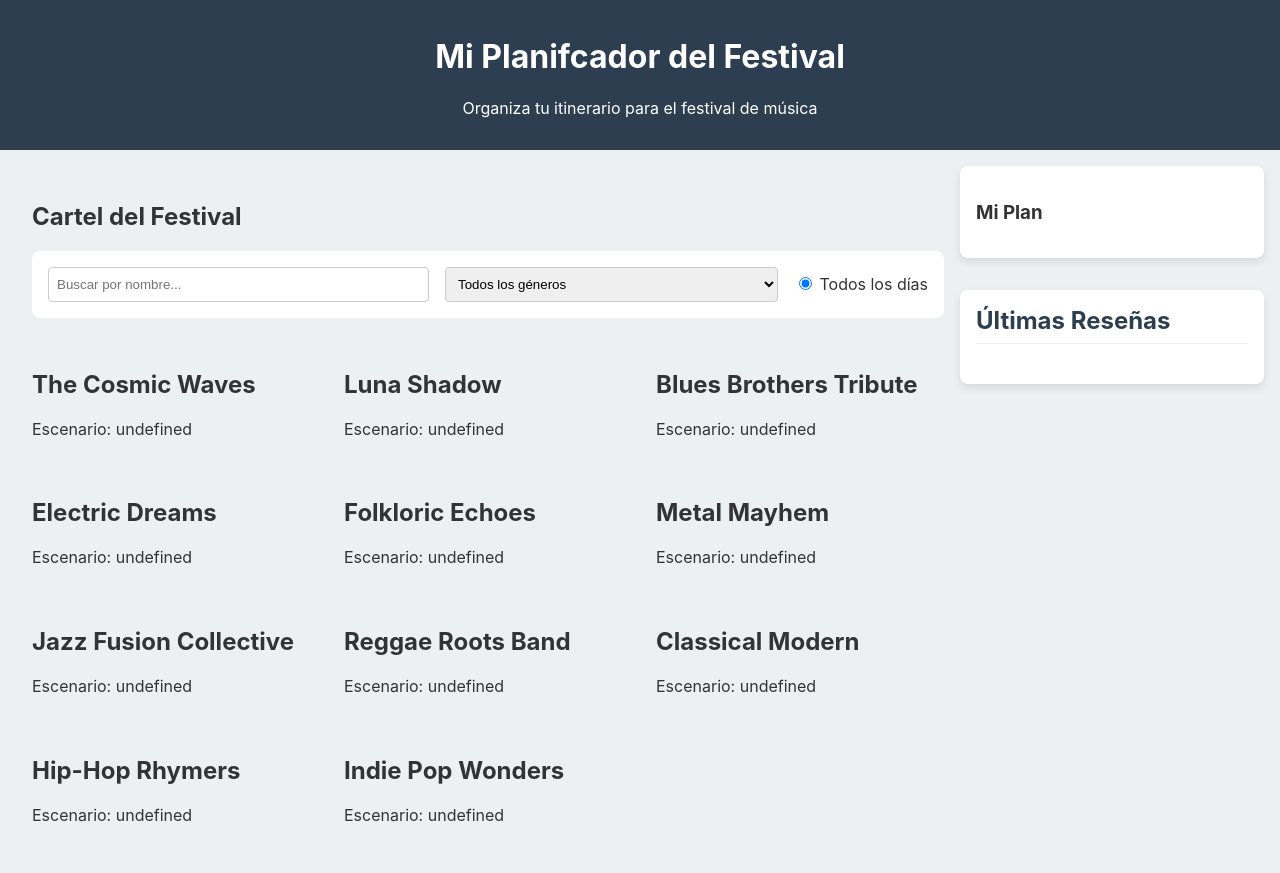
Repository: covaa15/DWEC
Page: Examen12_12_2025/index.html
These files come from the project's save history. The page is drawn as it stood at one moment and after the next save; the edit follows.
The browser window is 1280 px wide. The pictures show the whole page.

Above is the page before, as saved 2025-12-12 11:51:22.

### Examen12_12_2025/index.html
<!DOCTYPE html>
<html lang="es">
<head>
    <meta charset="UTF-8">
    <meta name="viewport" content="width=device-width, initial-scale=1.0">
    <title>Festival</title>
    <link rel="stylesheet" href="css/style.css">
</head>
<body>
    <!-- Encabezado principal de la aplicación -->
    <header>
        <h1>Mi Planifcador del Festival</h1>
        <p>Organiza tu itinerario para el festival de música</p>
    </header>

    <!-- Contenedor principal de la aplicación: organiza el dashboard y la columna derecha -->
    <div class="container">
        <!-- Sección principal del dashboard: muestra el cartel del festival y los filtros -->
        <main id="dashboard">
            <h2>Cartel del Festival</h2>
            <!-- Formulario de filtros para buscar y categorizar artistas -->
            <form id="filter-form">
                <input type="text" id="search-name" placeholder="Buscar por nombre...">
                <select id="filter-genre">
                    <option value="">Todos los géneros</option>
                    <!-- Las opciones de género se cargarán aquí dinámicamente mediante JavaScript -->
                </select>
                <div id="filter-day" class="radio-group">
                    <label><input type="radio" name="day" value="" checked> Todos los días</label>
                    <!-- Las opciones de día se cargarán aquí dinámicamente mediante JavaScript -->
                </div>
            </form>
            <!-- Contenedor donde se mostrarán las tarjetas de los artistas filtrados -->
            <div id="artist-list" class="grid-container">
                <!-- Las tarjetas de artistas se insertarán aquí por JavaScript -->
            </div>
        </main>

        <!-- Columna lateral derecha: contiene el plan del usuario y las reseñas -->
        <div class="right-column">
            <!-- Sección para el plan personalizado del usuario -->
            <aside id="my-plan-container">
                <h3>Mi Plan</h3>
                <!-- Lista donde se añadirán las actuaciones seleccionadas por el usuario -->
                <ul id="plan-list">
                    <!-- Las actuaciones añadidas aparecerán aquí por JavaScript -->
                </ul>
            </aside>
            <!-- Sección para mostrar las reseñas de los artistas -->
            <section id="reviews-section">
                <h2>Últimas Reseñas</h2>
                <!-- Contenedor donde se mostrarán las tarjetas de las reseñas -->
                <div id="reviews-list">
                    <!-- Las reseñas se insertarán aquí por JavaScript -->
                </div>
            </section>
        </div>
    </div>

    <!-- Modal para el formulario de reseña (inicialmente oculto) -->
    <div id="review-modal" class="modal-overlay" style="display: none;">
        <div class="modal-content">
            <button class="close-modal">&times;</button>
            <h3 id="modal-artist-name">Dejar reseña para...</h3>
            <!-- Formulario de reseña del artista. La validación se realiza en el cliente. -->
            <form id="review-form" novalidate>
                <div class="form-group">
                    <label>Calificación:</label>
                    <div class="star-rating">
                        <!-- Campos de radio para la calificación por estrellas (5 a 1) -->
                        <input type="radio" id="star5" name="rating" value="5" required><label for="star5" title="5 stars">★</label>
                        <input type="radio" id="star4" name="rating" value="4"><label for="star4" title="4 stars">★</label>
                        <input type="radio" id="star3" name="rating" value="3"><label for="star3" title="3 stars">★</label>
                        <input type="radio" id="star2" name="rating" value="2"><label for="star2" title="2 stars">★</label>
                        <input type="radio" id="star1" name="rating" value="1"><label for="star1" title="1 star">★</label>
                    </div>
                    <span class="error-message"></span>
                </div>
                <div class="form-group">
                    <label for="comment">Comentario:</label>
                    <textarea id="comment" name="comment" rows="4" minlength="15" required></textarea>
                    <span class="error-message"></span>
                </div>
                <div class="form-group">
                    <label for="email">Email:</label>
                    <input type="email" id="email" name="email" required>
                    <span class="error-message"></span>
                </div>
                <button type="submit">Enviar Reseña</button>
            </form>
        </div>
    </div>


    <!-- Mensaje de éxito temporal para confirmaciones de usuario (inicialmente oculto) -->
    <div id="success-message" class="success-message" style="display: none;"></div>

    <!-- Enlace al archivo JavaScript principal de la aplicación.
         El atributo 'type="module"' permite usar importaciones y exportaciones de módulos. -->
    <script src="js/main.js" type="module"></script>
</body>
</html>

### Examen12_12_2025/css/style.css
/* --- GENERALES Y LAYOUT --- */
/* Este bloque define variables globales (--variable) para la paleta de colores y estilos reutilizables.
   También establece los estilos base para la página, como la fuente y la maquetación principal de dos columnas usando Flexbox. */
:root {
    --primary-color: #2c3e50;
    --secondary-color: #3498db;
    --background-color: #ecf0f1;
    --card-bg-color: #ffffff;
    --text-color: #333;
    --error-color: #e74c3c;
    --success-color: #2ecc71;
    --star-color: #f1c40f;
    --border-radius: 8px;
    --box-shadow: 0 4px 8px rgba(0, 0, 0, 0.1);
}

body {
    font-family: -apple-system, BlinkMacSystemFont, "Segoe UI", Roboto, Helvetica, Arial, sans-serif;
    margin: 0;
    background-color: var(--background-color);
    color: var(--text-color);
}

header {
    background-color: var(--primary-color);
    color: white;
    padding: 1rem 2rem;
    text-align: center;
}

.container {
    display: flex;
    flex-wrap: wrap;
    padding: 1rem;
}

main#dashboard {
    flex: 3;
    min-width: 300px;
    padding: 1rem;
}

.right-column {
    flex: 1;
    min-width: 300px;
    display: flex;
    flex-direction: column;
    gap: 2rem;
}

aside#my-plan-container {
    background-color: var(--card-bg-color);
    padding: 1rem;
    border-radius: var(--border-radius);
    box-shadow: var(--box-shadow);
}

/* --- FORMULARIO DE FILTROS --- */
/* Estilos para el formulario que permite al usuario buscar y filtrar artistas. */
#filter-form {
    display: flex;
    flex-wrap: wrap;
    gap: 1rem;
    margin-bottom: 2rem;
    background-color: var(--card-bg-color);
    padding: 1rem;
    border-radius: var(--border-radius);
}

#filter-form input[type="text"],
#filter-form select {
    padding: 0.5rem;
    border: 1px solid #ccc;
    border-radius: 4px;
    flex-grow: 1;
}

.radio-group {
    display: flex;
    gap: 1rem;
    align-items: center;
}

/* --- TARJETAS DE ARTISTAS --- */
/* Define el layout de parrilla para las tarjetas de artistas y el estilo de cada tarjeta individual,
   incluyendo efectos visuales como sombras y animaciones al pasar el ratón. */
.grid-container {
    display: grid;
    grid-template-columns: repeat(auto-fill, minmax(220px, 1fr));
    gap: 1.5rem;
}

.artist-card {
    background: var(--card-bg-color);
    border-radius: var(--border-radius);
    box-shadow: var(--box-shadow);
    padding: 1rem;
    transition: transform 0.2s, box-shadow 0.2s;
    display: flex;
    flex-direction: column;
}

.artist-card:hover {
    transform: translateY(-5px);
    box-shadow: 0 8px 16px rgba(0, 0, 0, 0.15);
}

.artist-card h3 {
    margin-top: 0;
    color: var(--primary-color);
}

.artist-card p {
    font-size: 0.9rem;
    color: #7f8c8d;
    margin: 0.5rem 0;
}

.card-schedule-info {
    font-size: 0.85rem;
    color: #34495e;
    background-color: #f8f9f9;
    padding: 0.5rem;
    border-radius: 4px;
    margin: 1rem 0;
    border-left: 3px solid var(--secondary-color);
}

.card-schedule-info span {
    display: block;
}

.card-schedule-info span:first-child {
    font-weight: bold;
}

.artist-card button {
    background-color: var(--secondary-color);
    color: white;
    border: none;
    padding: 0.6rem 1rem;
    border-radius: 4px;
    cursor: pointer;
    width: 100%;
    margin-top: auto; /* Empuja el botón al final */
    transition: background-color 0.2s;
}

.artist-card button:hover {
    background-color: #2980b9;
}

/* --- SECCIÓN "MI PLAN" --- */
/* Estilos para la lista de actuaciones que el usuario ha seleccionado.
   Incluye el estilo de cada elemento de la lista y sus botones de acción (Eliminar, Dejar reseña). */
#plan-list {
    list-style-type: none;
    padding: 0;
    margin: 0;
}

#plan-list li {
    background-color: #f9f9f9;
    padding: 0.8rem;
    margin-bottom: 0.8rem;
    border-radius: 4px;
    border-left: 5px solid var(--secondary-color);
    position: relative;
}

#plan-list .plan-item-info strong {
    display: block;
    color: var(--primary-color);
}

#plan-list .plan-item-info span {
    font-size: 0.85rem;
    color: #7f8c8d;
}

#plan-list .plan-item-actions {
    margin-top: 0.5rem;
    display: flex;
    gap: 0.5rem;
}

.plan-item-actions button {
    font-size: 0.75rem;
    padding: 0.3rem 0.6rem;
    border-radius: 3px;
    cursor: pointer;
    border: 1px solid;
}

.btn-delete {
    border-color: var(--error-color);
    color: var(--error-color);
    background: transparent;
}
.btn-review {
    border-color: var(--secondary-color);
    color: var(--secondary-color);
    background: transparent;
}
.btn-review:disabled {
    border-color: #ccc;
    color: #ccc;
    cursor: not-allowed;
}


/* --- MODAL --- */
/* Estilos para la ventana modal que aparece superpuesta.
   Define la capa de fondo oscura y el contenedor del contenido del modal. */
.modal-overlay {
    position: fixed;
    top: 0;
    left: 0;
    width: 100%;
    height: 100%;
    background-color: rgba(0, 0, 0, 0.6);
    display: flex;
    justify-content: center;
    align-items: center;
    z-index: 1000;
}

.modal-content {
    background: white;
    padding: 2rem;
    border-radius: var(--border-radius);
    width: 90%;
    max-width: 500px;
    position: relative;
}

.close-modal {
    position: absolute;
    top: 1rem;
    right: 1rem;
    background: none;
    border: none;
    font-size: 1.5rem;
    cursor: pointer;
}

/* --- FORMULARIO DE RESEÑA --- */
/* Define los estilos para el formulario dentro del modal, incluyendo los campos de entrada,
   los mensajes de error de validación y el sistema de calificación por estrellas. */
#review-form .form-group {
    margin-bottom: 1rem;
}

#review-form label {
    display: block;
    margin-bottom: 0.3rem;
}

#review-form input,
#review-form textarea {
    width: 100%;
    padding: 0.5rem;
    border: 1px solid #ccc;
    border-radius: 4px;
    box-sizing: border-box;
}

#review-form button {
    background-color: var(--success-color);
    color: white;
    padding: 0.7rem 1.5rem;
    border: none;
    border-radius: 4px;
    cursor: pointer;
}
.error-message {
    color: var(--error-color);
    font-size: 0.8rem;
    height: 1rem;
    display: block;
}
input:invalid, textarea:invalid {
    border-color: var(--error-color);
}

/* Star Rating: Implementación de calificación por estrellas con inputs de radio y CSS. */
.star-rating {
    display: flex;
    flex-direction: row-reverse;
    justify-content: flex-end;
}

.star-rating input[type="radio"] {
    display: none;
}

.star-rating label {
    color: #ccc;
    cursor: pointer;
    font-size: 2rem;
    margin: 0;
}

.star-rating input[type="radio"]:checked ~ label,
.star-rating label:hover,
.star-rating label:hover ~ label {
    color: var(--star-color);
}

/* --- MENSAJE DE ÉXITO --- */
/* Estilos para la notificación flotante que aparece tras enviar una reseña. */
.success-message {
    position: fixed;
    bottom: 20px;
    left: 50%;
    transform: translateX(-50%);
    background-color: var(--success-color);
    color: white;
    padding: 1rem 2rem;
    border-radius: var(--border-radius);
    z-index: 1001;
    box-shadow: var(--box-shadow);
}


/* --- SECCIÓN DE RESEÑAS --- */
/* Estilos para la sección que muestra las reseñas enviadas y el formato de cada tarjeta de reseña. */
#reviews-section {
    background-color: var(--card-bg-color);
    padding: 1rem;
    border-radius: var(--border-radius);
    box-shadow: var(--box-shadow);
}

#reviews-section h2 {
    text-align: left;
    margin-top: 0;
    margin-bottom: 1.5rem;
    padding-bottom: 0.5rem;
    border-bottom: 1px solid #eee;
    color: var(--primary-color);
}

#reviews-list {
    display: flex;
    flex-direction: column;
    gap: 1rem;
}

.review-card {
    background: #f9f9f9;
    border-radius: var(--border-radius);
    padding: 1rem;
    display: flex;
    flex-direction: column;
    border-left: 5px solid var(--secondary-color);
}

.review-card h4 {
    margin: 0 0 0.5rem 0;
    color: var(--primary-color);
}

.review-card-rating {
    color: var(--star-color);
    font-size: 1.2rem;
    margin-bottom: 1rem;
}

.review-card-comment {
    font-style: italic;
    color: #555;
    margin: 0;
}


/* --- RESPONSIVE --- */
/* Contiene las Media Queries para adaptar el diseño a diferentes tamaños de pantalla,
   como apilar las columnas en dispositivos móviles. */
@media (max-width: 992px) {
    .container {
        flex-direction: column;
    }
    .right-column {
        margin-top: 2rem;
        gap: 2rem;
    }
}

### Examen12_12_2025/js/main.js
// js/main.js
let artistas = [];
let horarios = [];
let escenarios = []
const contenedorArtistas = document.querySelector("#artist-list");
//Cargo los artistas
cargarEscenarios("./data/escenarios.json");
cargarHorarios("./data/horarios.json");
cargarArtistas("./data/artistas.json");



function cargarArtistas(ruta) {
    fetch(ruta)
        .then(res => res.json())
        .then(data => {
            artistas = data;
            mostrarArtistas(artistas);
        })
        .catch(error => console.log("Error al cargar productos:", error));

}
//Cargo los escenarios
function cargarEscenarios(ruta) {
    fetch(ruta)
        .then(res => res.json())
        .then(data => {
            escenarios = data;
            mostrarArtistas(artistas);
        })
        .catch(error => console.log("Error al cargar productos:", error));

}
//Cargo los horarios
function cargarHorarios(ruta) {
    fetch(ruta)
        .then(res => res.json())
        .then(data => {
            horarios = data;
            mostrarArtistas(artistas);
        })
        .catch(error => console.log("Error al cargar productos:", error));

}

function mostrarArtistas(artistas) {
    contenedorArtistas.innerHTML = "";
    artistas.forEach(artista => {
        const card = document.createElement('div');
        card.classList.add(".artist-card")

        const escenario=obtenerEscenario(artista.id);
        card.innerHTML = `
        <h2>${artista.nombre}</h2>
        <p>Escenario: ${escenario}</p>
       `
        contenedorArtistas.appendChild(card);
    });


}

function obtenerEscenario(idArtista) {
    const idEscenario = obtenerHorario(idArtista);
    escenarios.forEach(escenario => {
        if (escenario.id = idEscenario)
            return escenario.nombre;
    });
}

function obtenerHorario(idArtista) {
    let artista;
    horarios.forEach(horario => {

        if (horario.artistaId = idArtista)
            artista=horario.escenarioId;

    });
    return artista ;
}

### Examen12_12_2025/data/escenarios.json
[
  {
    "id": "e1",
    "nombre": "Solstice Stage",
    "capacidad": 15000,
    "ubicacion": "Zona Norte"
  },
  {
    "id": "e2",
    "nombre": "Eclipse Tent",
    "capacidad": 5000,
    "ubicacion": "Zona Oeste"
  },
  {
    "id": "e3",
    "nombre": "Zen Garden",
    "capacidad": 3000,
    "ubicacion": "Zona Sur"
  },
  {
    "id": "e4",
    "nombre": "Rave Cave",
    "capacidad": 7000,
    "ubicacion": "Zona Este"
  },
  {
    "id": "e5",
    "nombre": "Acoustic Alcove",
    "capacidad": 1000,
    "ubicacion": "Centro"
  },
  {
    "id": "e6",
    "nombre": "Main Stage",
    "capacidad": 20000,
    "ubicacion": "Entrada Principal"
  },
  {
    "id": "e7",
    "nombre": "Chill Zone",
    "capacidad": 2000,
    "ubicacion": "Junto al Lago"
  },
  {
    "id": "e8",
    "nombre": "Groove Ground",
    "capacidad": 6000,
    "ubicacion": "Área de Comida"
  },
  {
    "id": "e9",
    "nombre": "Tech Temple",
    "capacidad": 4000,
    "ubicacion": "Bosque"
  },
  {
    "id": "e10",
    "nombre": "Vibe Village",
    "capacidad": 2500,
    "ubicacion": "Campamento"
  }
]

### Examen12_12_2025/data/horarios.json
[
  {
    "artistaId": "a1",
    "escenarioId": "e6",
    "dia": "2025-07-18",
    "horaInicio": "22:00",
    "duracion": 90
  },
  {
    "artistaId": "a3",
    "escenarioId": "e6",
    "dia": "2025-07-18",
    "horaInicio": "20:00",
    "duracion": 90
  },
  {
    "artistaId": "a2",
    "escenarioId": "e1",
    "dia": "2025-07-18",
    "horaInicio": "19:00",
    "duracion": 60
  },
  {
    "artistaId": "a4",
    "escenarioId": "e4",
    "dia": "2025-07-18",
    "horaInicio": "23:00",
    "duracion": 75
  },
  {
    "artistaId": "a5",
    "escenarioId": "e5",
    "dia": "2025-07-19",
    "horaInicio": "18:00",
    "duracion": 60
  },
  {
    "artistaId": "a6",
    "escenarioId": "e6",
    "dia": "2025-07-19",
    "horaInicio": "23:00",
    "duracion": 120
  },
  {
    "artistaId": "a7",
    "escenarioId": "e2",
    "dia": "2025-07-19",
    "horaInicio": "20:00",
    "duracion": 90
  },
  {
    "artistaId": "a8",
    "escenarioId": "e1",
    "dia": "2025-07-19",
    "horaInicio": "19:00",
    "duracion": 75
  },
  {
    "artistaId": "a9",
    "escenarioId": "e3",
    "dia": "2025-07-20",
    "horaInicio": "17:00",
    "duracion": 60
  },
  {
    "artistaId": "a10",
    "escenarioId": "e4",
    "dia": "2025-07-20",
    "horaInicio": "21:00",
    "duracion": 90
  },
  {
    "artistaId": "a11",
    "escenarioId": "e1",
    "dia": "2025-07-20",
    "horaInicio": "18:00",
    "duracion": 75
  },
  {
    "artistaId": "a1",
    "escenarioId": "e2",
    "dia": "2025-07-20",
    "horaInicio": "22:30",
    "duracion": 90
  }
]

### Examen12_12_2025/data/artistas.json
[
  {
    "id": "a1",
    "nombre": "The Cosmic Waves",
    "genero": "Psychedelic Rock",
    "pais": "Reino Unido",
    "miembros": ["Alex", "Zoe", "Sam", "Leo"],
    "fansEstimados": 12000
  },
  {
    "id": "a2",
    "nombre": "Luna Shadow",
    "genero": "Synth-Pop",
    "pais": "Japón",
    "miembros": ["Yuki"],
    "fansEstimados": 8000
  },
  {
    "id": "a3",
    "nombre": "Blues Brothers Tribute",
    "genero": "Blues",
    "pais": "USA",
    "miembros": ["Jake", "Elwood"],
    "fansEstimados": 15000
  },
  {
    "id": "a4",
    "nombre": "Electric Dreams",
    "genero": "Electro-Funk",
    "pais": "Alemania",
    "miembros": ["DJ Spark", "BassBot"],
    "fansEstimados": 9500
  },
  {
    "id": "a5",
    "nombre": "Folkloric Echoes",
    "genero": "Folk",
    "pais": "Irlanda",
    "miembros": ["Fiona", "Liam", "Aoife"],
    "fansEstimados": 7000
  },
  {
    "id": "a6",
    "nombre": "Metal Mayhem",
    "genero": "Heavy Metal",
    "pais": "Suecia",
    "miembros": ["Thor", "Odin", "Loki"],
    "fansEstimados": 18000
  },
  {
    "id": "a7",
    "nombre": "Jazz Fusion Collective",
    "genero": "Jazz",
    "pais": "Francia",
    "miembros": ["Pierre", "Marie", "Louis"],
    "fansEstimados": 6000
  },
  {
    "id": "a8",
    "nombre": "Reggae Roots Band",
    "genero": "Reggae",
    "pais": "Jamaica",
    "miembros": ["Rasta Joe", "Mama Earth"],
    "fansEstimados": 11000
  },
  {
    "id": "a9",
    "nombre": "Classical Modern",
    "genero": "Classical",
    "pais": "Italia",
    "miembros": ["Maestro Carlo"],
    "fansEstimados": 4000
  },
  {
    "id": "a10",
    "nombre": "Hip-Hop Rhymers",
    "genero": "Hip-Hop",
    "pais": "USA",
    "miembros": ["MC Flow", "Beat Master"],
    "fansEstimados": 13000
  },
  {
    "id": "a11",
    "nombre": "Indie Pop Wonders",
    "genero": "Indie Pop",
    "pais": "Canada",
    "miembros": ["Chloe", "Finn"],
    "fansEstimados": 8500
  }
]

After the next save:
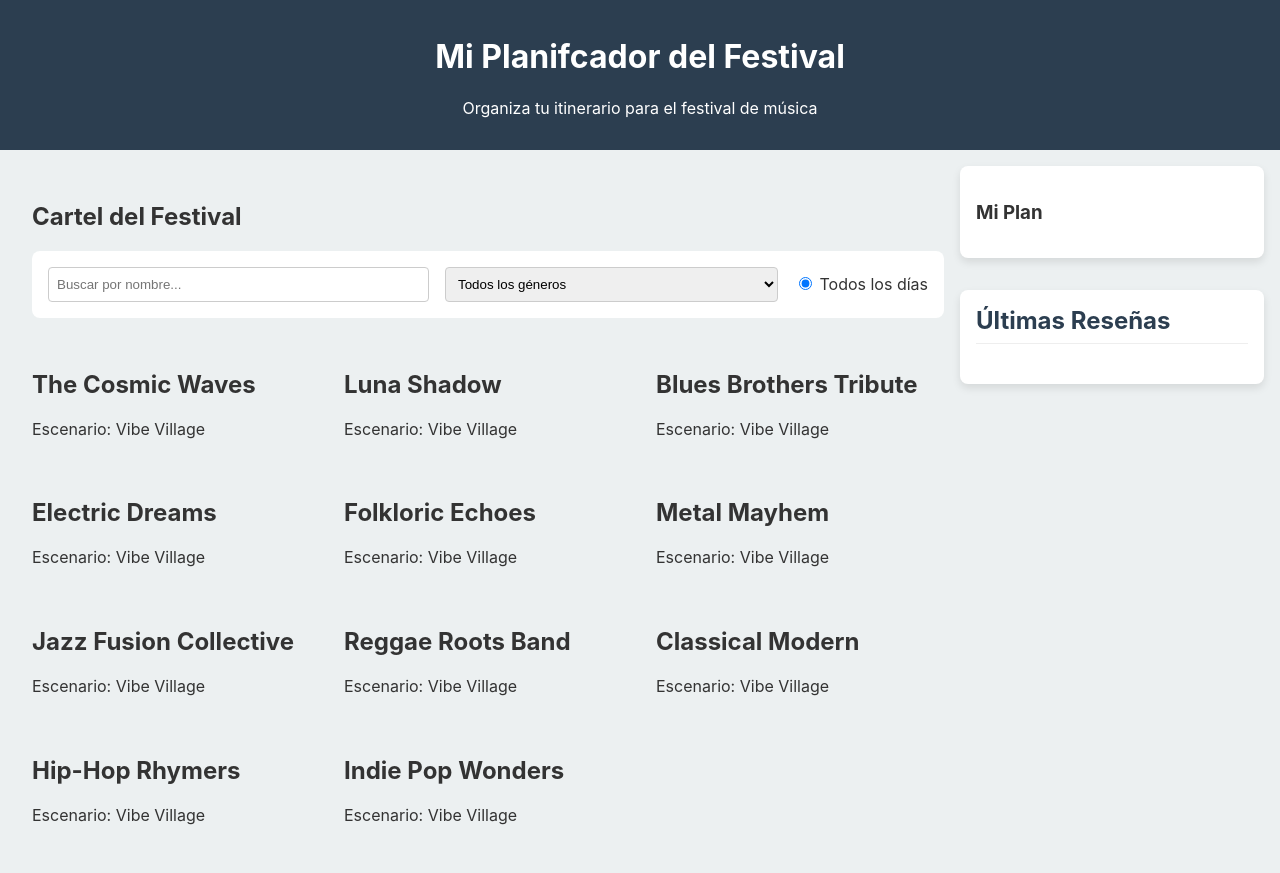
Saved 45 s later.
--- a/Examen12_12_2025/js/main.js
+++ b/Examen12_12_2025/js/main.js
@@ -61,11 +61,13 @@ function mostrarArtistas(artistas) {
 }
 
 function obtenerEscenario(idArtista) {
+    let nombreEscenario;
     const idEscenario = obtenerHorario(idArtista);
     escenarios.forEach(escenario => {
         if (escenario.id = idEscenario)
-            return escenario.nombre;
+            nombreEscenario= escenario.nombre;
     });
+    return nombreEscenario;
 }
 
 function obtenerHorario(idArtista) {
